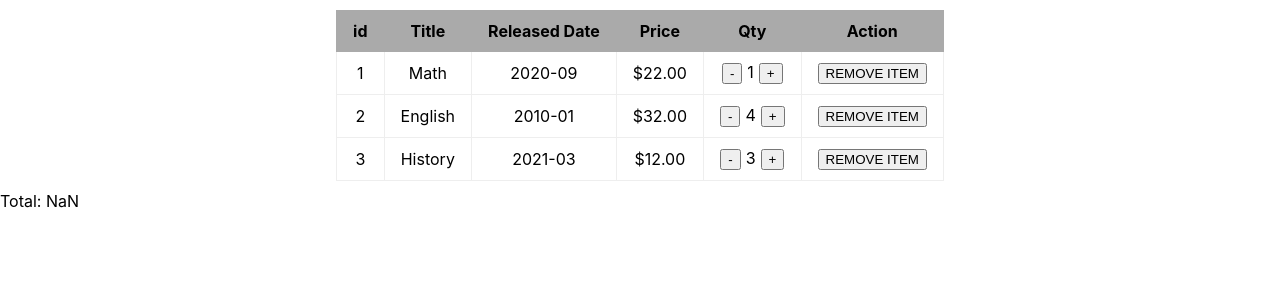
Repository: vgg1kkh/myBookStoreBasket
Page: /
An editor plug-in stored every save of this project. The page is shown before and after a run of saves, followed by the edit.
The browser window is 1280 px wide. The pictures show the whole page.
The project was rebuilt for these pictures with package versions that can differ from the ones it lists, and the page was loaded fresh each time.

Above is the page before, as saved 2021-10-07 16:19:35.

### public/index.html
<!DOCTYPE html>
<html lang="en">
  <head>
    <meta charset="utf-8" />
    <link rel="icon" href="%PUBLIC_URL%/favicon.ico" />
    <meta name="viewport" content="width=device-width, initial-scale=1" />
    <meta name="theme-color" content="#000000" />
    <meta
      name="description"
      content="Web site created using create-react-app"
    />
    <title>React App</title>
  </head>
  <body>
    <noscript>You need to enable JavaScript to run this app.</noscript>
    <div id="root"></div>

  </body>
</html>

### src/App.js
import React, { Component } from "react";
import { formatPrice } from "./format-util";
import "./App.css";

export default class App extends Component {
  constructor() {
    super();
    this.state = {
      bookList: [
        { id: 3, name: "Math", date: "2020-09", price: 22, number: 1 },
        { id: 4, name: "English", date: "2010-01", price: 32, number: 4 },
        { id: 5, name: "History", date: "2021-03", price: 12, number: 3 },
      ],
    };
  }

  getTotalPrice() {
    // this.state.bookList.reduce(
    //   (pre, item) => (pre = item.price * item.number + pre)
    // );
    let totalPrice
    for(let i of this.state.bookList){
        console.log(this);
        totalPrice += i.price * i.number
    }
    return totalPrice
  }
  render() {
    return (
      <>
        <div>
          <table className="table-wrapper">
            <thead>
              <tr>
                <th>id</th>
                <th>Title</th>
                <th>Released Date</th>
                <th>Price</th>
                <th>Qty</th>
                <th>Action</th>
              </tr>
            </thead>
            <tbody>
              {this.state.bookList.map((item, index) => {
                return (
                  <tr key={item.id}>
                    <td>{index + 1}</td>
                    <td>{item.name}</td>
                    <td>{item.date}</td>
                    <td>{formatPrice(item.price)}</td>
                    <td>
                      <button>-</button>
                      <span className="book-qty">
                        {item.number}
                      </span>
                      <button>+</button>
                    </td>
                    <td>
                      <button>REMOVE ITEM</button>
                    </td>
                  </tr>
                );
              })}
            </tbody>
          </table>
        </div>
        <div>Total: {this.getTotalPrice()}</div>
      </>
    );
  }
}

### src/format-util.js
export function formatPrice(price){
    if(typeof price !== "number"){
        return Number(price) || 0
    }
    return ("$"+price.toFixed(2))
}

### src/App.css
.table-wrapper {
    margin: 10px auto;
    border: 1px solid #eee;
    border-collapse: collapse;
    text-align: center;
}

th,td {
    border: 1px solid #eee;
    padding: 10px 16px;
    /* border-collapse: collapse; */
}

th {
    background-color: #aaa;
    border-color: #aaa
}

.book-qty {
    margin: 0 5px;
}

Loaded but not shown: src/index.js (common file); src/index.css (common file)

After the next 2 saves:
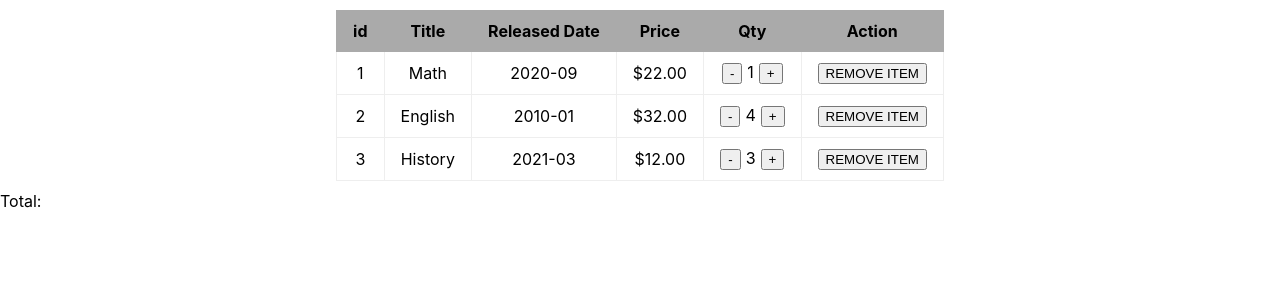
The 2 saves are shown as one change because they came seconds apart.
The last was saved 47 s later.
--- a/src/App.js
+++ b/src/App.js
@@ -64,7 +64,7 @@
             </tbody>
           </table>
         </div>
-        <div>Total: {this.getTotalPrice()}</div>
+        <div>Total: {()=>this.getTotalPrice()}</div>
       </>
     );
   }

After the save that followed:
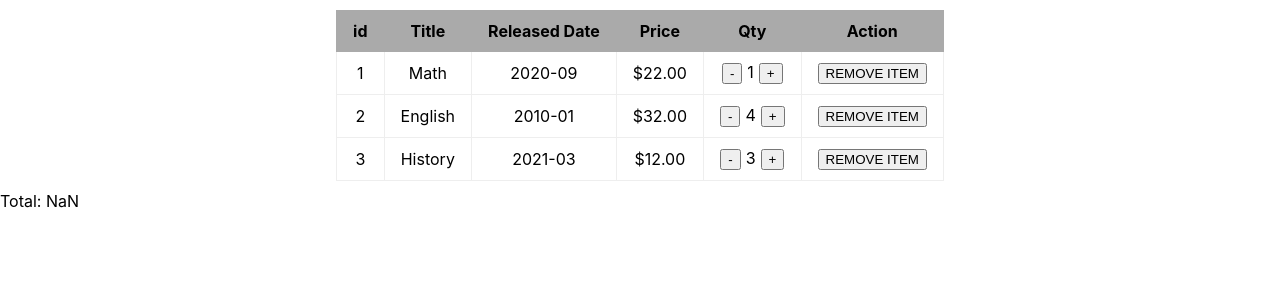
Saved 27 s later.
--- a/src/App.js
+++ b/src/App.js
@@ -64,7 +64,7 @@
             </tbody>
           </table>
         </div>
-        <div>Total: {()=>this.getTotalPrice()}</div>
+        <div>Total: {this.getTotalPrice()}</div>
       </>
     );
   }
